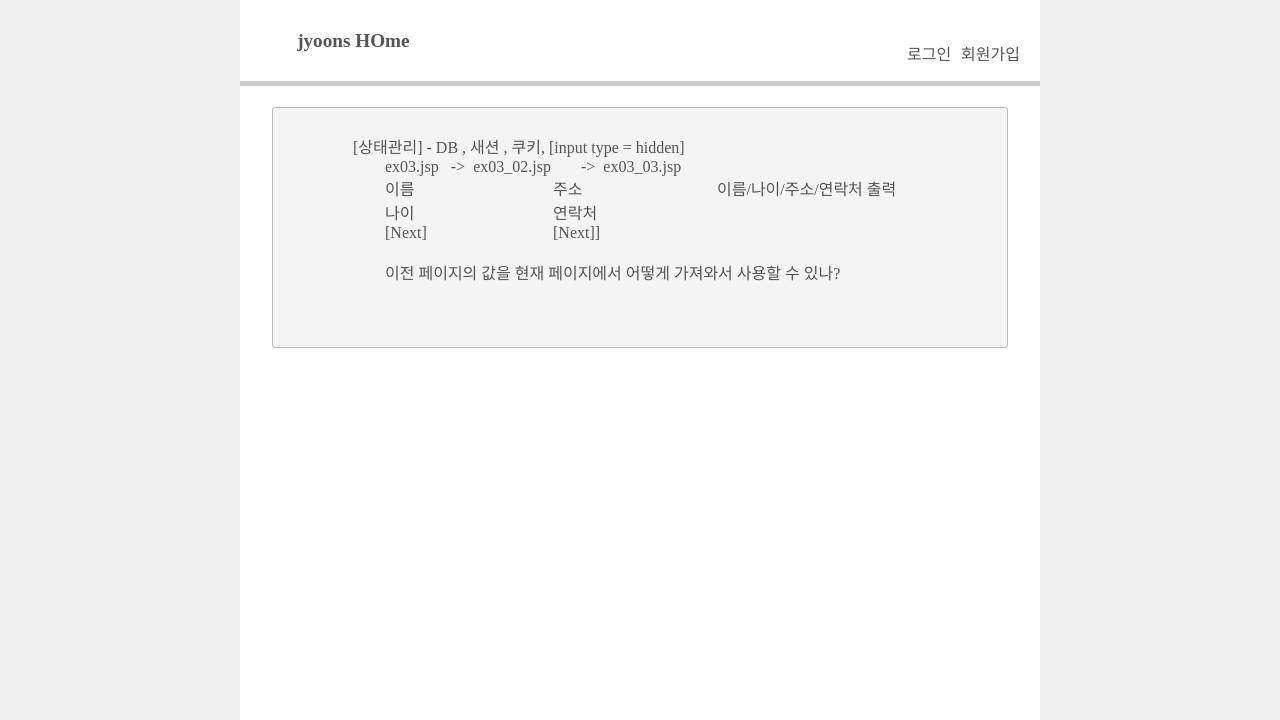
Repository: jyoons00/JSP-sample
Page: http://localhost/jspPro/days04/ex03.jsp
An editor plug-in stored every save of this project. The page is shown before and after the next save, followed by the edit.
The browser window is 1280 px wide. The pictures show the whole page.
Some web fonts or font styles are not loaded; a fallback is used. The page is served by Tomcat 9.

Above is the page before, as saved 2024-10-18 05:51:11.

After the next save:
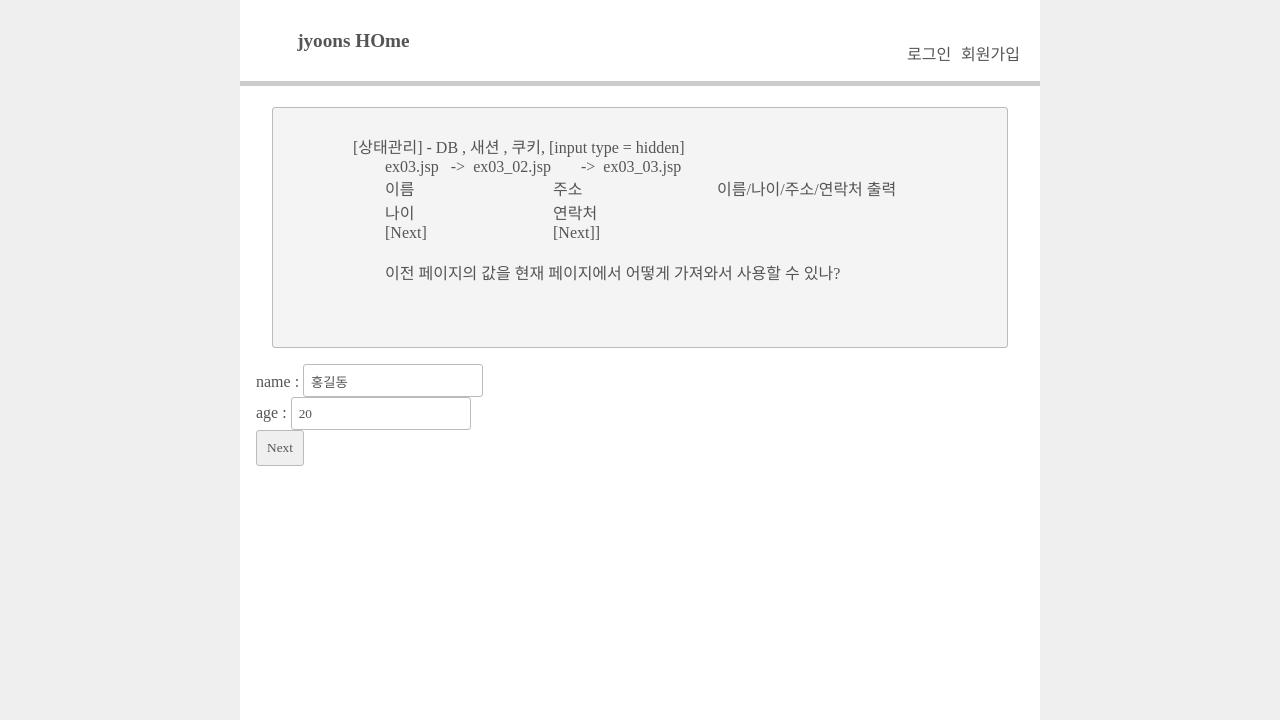
Saved 107 s later.
--- a/jspPro/src/main/webapp/days04/ex03.jsp
+++ b/jspPro/src/main/webapp/days04/ex03.jsp
@@ -45,6 +45,13 @@
 
 
   	  </xmp>
+
+  	  <form action="ex03_02.jsp">
+  	  		name : <input type="text " name="name" value="홍길동"><br>
+  	  		age : <input type="text" name="age" value="20"><br>
+  	  		<input type="submit" value="Next">
+  	  </form>
+
     </div>
 
   </body>
